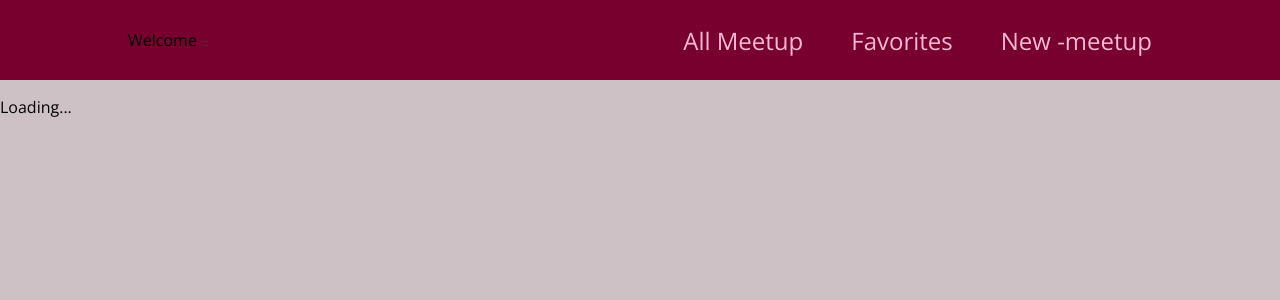
Repository: WaiMaungMaung/second
Page: /
These files come from the project's save history. The page is drawn as it stood at one moment and after the next save; the edit follows.
The browser window is 1280 px wide. The pictures show the whole page.
The page's requests for data from a server got no answer. The project was rebuilt for these pictures with package versions that can differ from the ones it lists, and the page was loaded fresh each time. A package was used in the major version that the imports need, not the one package.json lists. No one was signed in, and anything a server would have sent is missing. Also part of the build but not shown: src/components/meetups/MeetupItem.module.css, src/components/ui/Card.module.css, src/components/ui/Card.js, src/components/meetups/MeetupItem.js, src/components/meetups/MeetupList.js, src/pages/NewMeetup.js. Imported but missing from the stored project, and not drawn on this page: src/pages/Favorites.

Above is the page before, as saved 2022-04-19 14:51:05.

After the next save:
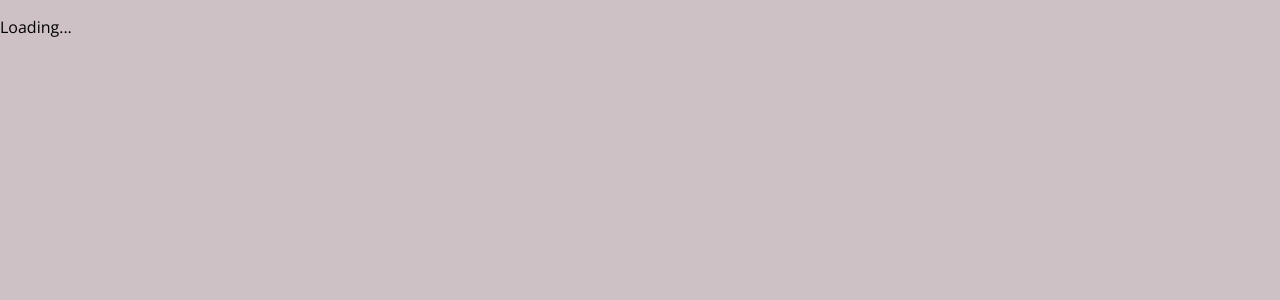
Saved 6 min 11 s later.
--- a/src/App.js
+++ b/src/App.js
@@ -8,8 +8,6 @@
 function App() {
   return (
     <div>
-      <MainNavigation />
-
       <Switch>
         <Route path="/" exact>
           <AllMeetupsPage />

After the save that followed:
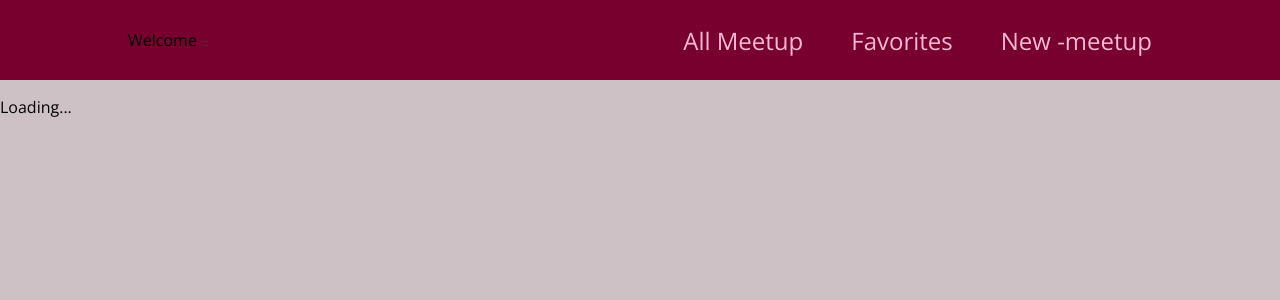
Saved 5 s later.
--- a/src/App.js
+++ b/src/App.js
@@ -8,6 +8,8 @@
 function App() {
   return (
     <div>
+      <MainNavigation />
+
       <Switch>
         <Route path="/" exact>
           <AllMeetupsPage />
